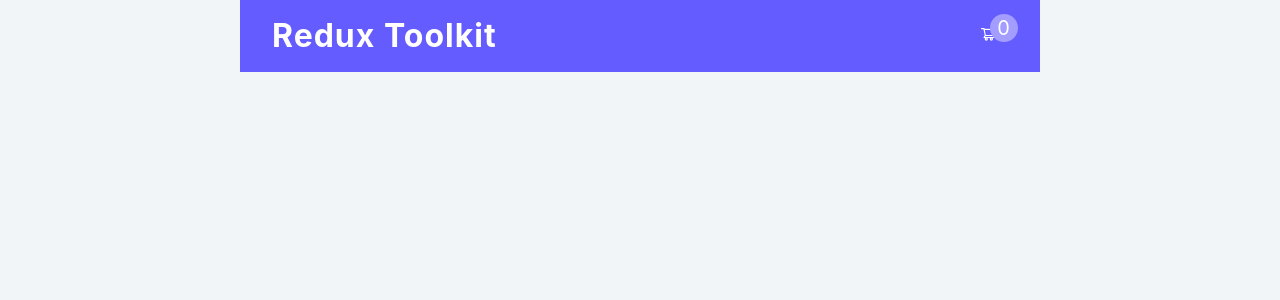
Repository: Nurlan-Bakenbaev/ReduxToolit
Page: /
The author's editor kept a copy of each file at every save. The page is drawn from the files as they stood at one save, then again after a run of saves.
The browser window is 1280 px wide. The pictures show the whole page.
The project was rebuilt for these pictures with package versions that can differ from the ones it lists, and the page was loaded fresh each time.

Above is the page before, as saved 2023-11-08 16:25:48.

### src/index.js
import React from "react";
import { createRoot } from "react-dom/client";
import "./index.css";
import App from "./App";
import store from "./redux/store";
import { Provider } from "react-redux";
const container = document.getElementById("root");
const root = createRoot(container);

root.render(
  <React.StrictMode>
    <Provider store={store}>
      <App />
    </Provider>
  </React.StrictMode>
);

### src/index.css
/*
===============
Variables
===============
*/

:root {
  --clr-primary: #645cff;
  --clr-primary-dark: #282566;
  --clr-primary-light: #a29dff;
  --clr-grey-1: #102a42;
  --clr-grey-5: #617d98;
  --clr-grey-10: #f1f5f8;
  --clr-white: #fff;
  --clr-red-dark: hsl(360, 67%, 44%);
  --clr-red-light: hsl(360, 71%, 66%);
  --transition: all 0.3s linear;
  --spacing: 0.25rem;
  --radius: 0.25rem;
  --large-screen-width: 1170px;
  --small-screen-width: 90vw;
  --fixed-width: 50rem;
}
* {
  margin: 0;
  padding: 0;
  box-sizing: border-box;
}
body {
  font-family: -apple-system, BlinkMacSystemFont, 'Segoe UI', Roboto, Oxygen,
    Ubuntu, Cantarell, 'Open Sans', 'Helvetica Neue', sans-serif;
  background: var(--clr-grey-10);
  color: var(--clr-grey-1);
  line-height: 1.5;
  font-size: 0.875rem;
}
a {
  text-decoration: none;
}
img {
  width: 100%;
  display: block;
}
h1,
h2,
h3,
h4 {
  letter-spacing: var(--spacing);
  text-transform: capitalize;
  line-height: 1.25;
  margin-bottom: 0.75rem;
}
h1 {
  font-size: 3rem;
}
h2 {
  font-size: 2rem;
}
h3 {
  font-size: 1.5rem;
}
h4 {
  font-size: 0.875rem;
}
p {
  margin-bottom: 1.25rem;
}
@media screen and (min-width: 800px) {
  h1 {
    font-size: 4rem;
  }
  h2 {
    font-size: 2.5rem;
  }
  h3 {
    font-size: 2rem;
  }
  h4 {
    font-size: 1rem;
  }
  body {
    font-size: 1rem;
  }
  h1,
  h2,
  h3,
  h4 {
    line-height: 1;
  }
}
/* more global css */

.btn {
  text-transform: uppercase;
  background: var(--clr-primary);
  color: var(--clr-white);
  padding: 0.375rem 0.75rem;
  letter-spacing: var(--spacing);
  display: inline-block;
  font-weight: 700;
  transition: var(--transition);
  font-size: 0.875rem;
  border: none;
  cursor: pointer;
  box-shadow: 0 1px 3px rgba(0, 0, 0, 0.2);
}
.btn:hover {
  color: var(--clr-primary);
  background: var(--clr-primary-light);
}

/*
===============
Navbar
===============
*/
.loading {
  text-align: center;
  margin-top: 5rem;
}
nav {
  background: var(--clr-primary);
  padding: 1.25rem 2rem;
}
.nav-center {
  max-width: var(--fixed-width);
  width: 100%;
  margin: 0 auto;
  display: flex;
  justify-content: space-between;
  align-items: center;
}
nav h3 {
  margin-bottom: 0;
  letter-spacing: 1px;
  color: var(--clr-white);
}
.nav-container {
  display: block;
  position: relative;
}

nav svg {
  width: 40px;
  color: var(--clr-white);
}
.amount-container {
  position: absolute;
  top: -0.6rem;
  right: -0.6rem;
  width: 1.75rem;
  height: 1.75rem;
  border-radius: 50%;
  background: var(--clr-primary-light);
  display: flex;
  align-items: center;
  justify-content: center;
}
.total-amount {
  color: var(--clr-white);
  margin-bottom: 0;
  font-size: 1.25rem;
}
/*
===============
Cart
===============
*/
.cart {
  min-height: calc(100vh - 120px);
  width: 90vw;
  margin: 0 auto;
  margin-top: 40px;
  padding: 2.5rem 0;
  max-width: var(--fixed-width);
}
.cart h2 {
  text-transform: uppercase;
  text-align: center;
  margin-bottom: 3rem;
}
.empty-cart {
  text-transform: lowercase;
  color: var(--clr-grey-5);
  margin-top: 1rem;
  text-align: center;
}
.cart footer {
  margin-top: 4rem;
  text-align: center;
}
.cart-total h4 {
  text-transform: capitalize;
  display: flex;
  justify-content: space-between;
  margin-top: 1rem;
}
.clear-btn,
.confirm-btn {
  background: transparent;
  padding: 0.5rem 1rem;
  color: var(--clr-red-dark);
  border: 1px solid var(--clr-red-dark);
  margin-top: 2.25rem;
  border-radius: var(--radius);
}
.clear-btn:hover {
  background: var(--clr-red-light);
  color: var(--clr-red-dark);
  border-color: var(--clr-red-light);
}
.confirm-btn {
  border-color: var(--clr-primary);
  color: var(--clr-primary);
}
/*
===============
Cart Item
===============
*/
.cart-item {
  display: grid;
  align-items: center;
  grid-template-columns: auto 1fr auto;
  grid-column-gap: 1.5rem;
  margin: 1.5rem 0;
}
.cart-item img {
  width: 5rem;
  height: 5rem;
  object-fit: cover;
}
.cart-item h4 {
  margin-bottom: 0.5rem;
  font-weight: 500;
  letter-spacing: 2px;
}
.item-price {
  color: var(--clr-grey-5);
}
.remove-btn {
  color: var(--clr-primary);
  letter-spacing: var(--spacing);
  cursor: pointer;
  font-size: 0.85rem;
  background: transparent;
  border: none;
  margin-top: 0.375rem;
  transition: var(--transition);
}
.remove-btn:hover {
  color: var(--clr-primary-light);
}
.amount-btn {
  width: 24px;
  background: transparent;
  border: none;
  cursor: pointer;
}
.amount-btn svg {
  color: var(--clr-primary);
}
.amount-btn:hover svg {
  color: var(--clr-primary-light);
}
.amount {
  text-align: center;
  margin-bottom: 0;
  font-size: 1.25rem;
  line-height: 1;
}
hr {
  background: var(--clr-grey-5);
  border-color: transparent;
  border-width: 0.25px;
}

.modal-container {
  position: fixed;
  top: 0;
  left: 0;
  width: 100%;
  height: 100%;
  background: rgba(0, 0, 0, 0.7);
  z-index: 10;
  display: flex;
  align-items: center;
  justify-content: center;
}

.modal {
  background: var(--clr-white);
  width: 80vw;
  max-width: 400px;
  border-radius: var(--radius);
  padding: 2rem 1rem;
  text-align: center;
}
.modal h4 {
  margin-bottom: 0;
  line-height: 1.5;
}
.modal .clear-btn,
.modal .confirm-btn {
  margin-top: 1rem;
}
.btn-container {
  display: flex;
  justify-content: space-around;
}

### src/App.js
import React from "react";
import Navbar from "./components/Navbar";
function App() {
  return (
    <div>
      <Navbar />
    </div>
  );
}
export default App;

### src/redux/store.js
import { configureStore } from "@reduxjs/toolkit";
import cartReducer from "./features/cartSlice";
const store = configureStore({
  reducer: {
    cart: cartReducer },
});
export default store;

### src/components/Navbar.js
import React from "react";
import { AiOutlineShoppingCart } from "react-icons/ai";
import { useSelector } from "react-redux";
const Navbar = () => {
  const { amount } = useSelector((store) => store.cart);
  console.log(useSelector((store) => store.cart[0]));
  return (
    <nav className="nav-center">
      <h3> Redux Toolkit</h3>
      <div className="nav-container">
        <AiOutlineShoppingCart />
        <div className="amount-container">
          <p className="total-amount">{amount}</p>
        </div>
      </div>
    </nav>
  );
};
export default Navbar;

### src/redux/features/cartSlice.js
import { createSlice } from "@reduxjs/toolkit";
import cartItems from "../../cartItems";
const initialState = {
  cartItems: cartItems,
  amount: 0,
  total: 0,
  isLoading: true,
};
const cartSlice = createSlice({
  name: "cart",
  initialState,
});
export default cartSlice.reducer;

### src/cartItems.js
const cartItems = [
  {
    id: 'rec1JZlfCIBOPdcT2',
    title: 'Samsung Galaxy S8',
    price: '399.99',
    img: 'https://images2.imgbox.com/c2/14/zedmXgs6_o.png',
    amount: 1,
  },
  {
    id: 'recB6qcHPxb62YJ75',
    title: 'google pixel',
    price: '499.99',
    img: 'https://images2.imgbox.com/fb/3d/O4TPmhlt_o.png',
    amount: 1,
  },
  {
    id: 'recdRxBsE14Rr2VuJ',
    title: 'Xiaomi Redmi Note 2',
    price: '699.99',
    img: 'https://images2.imgbox.com/4f/3d/WN3GvciF_o.png',
    amount: 1,
  },
  {
    id: 'recwTo160XST3PIoW',
    title: 'Samsung Galaxy S7',
    price: '599.99 ',
    img: 'https://images2.imgbox.com/2e/7c/yFsJ4Zkb_o.png',
    amount: 1,
  },
];
export default cartItems;

### src/components/CartContainer.js
import React from "react";
import Cartitem from "./Cartitem";
const CartContainer = () => {
  return (
    <div>
      <Cartitem />
    </div>
  );
};

export default CartContainer;

### src/components/Cartitem.js
import React from 'react'

 const Cartitem = () => {
  return (
    <div>Cartitem</div>
  )
}
export default Cartitem

Loaded but not shown: public/index.html (common file)

After the next 4 saves:
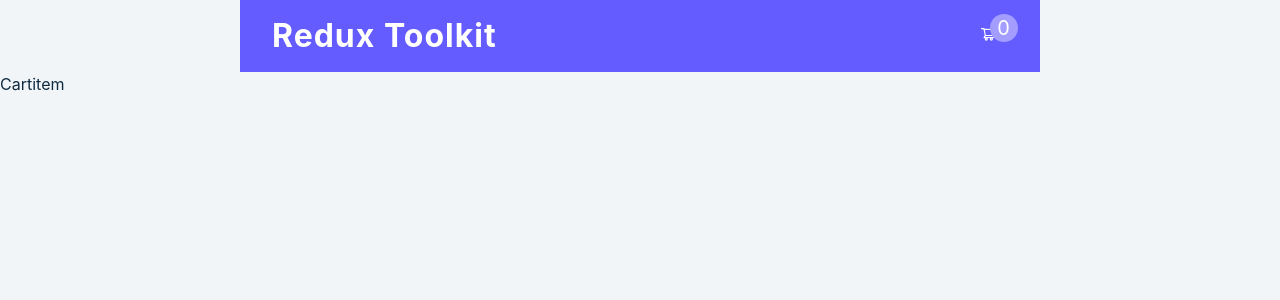
The 4 saves are shown as one change because 1 did not build or start and some came seconds apart.
The last was saved 24 s later.
--- a/src/App.js
+++ b/src/App.js
@@ -1,9 +1,11 @@
 import React from "react";
 import Navbar from "./components/Navbar";
+import CartContainer from "./components/CartContainer";
 function App() {
   return (
     <div>
       <Navbar />
+      <CartContainer />
     </div>
   );
 }
